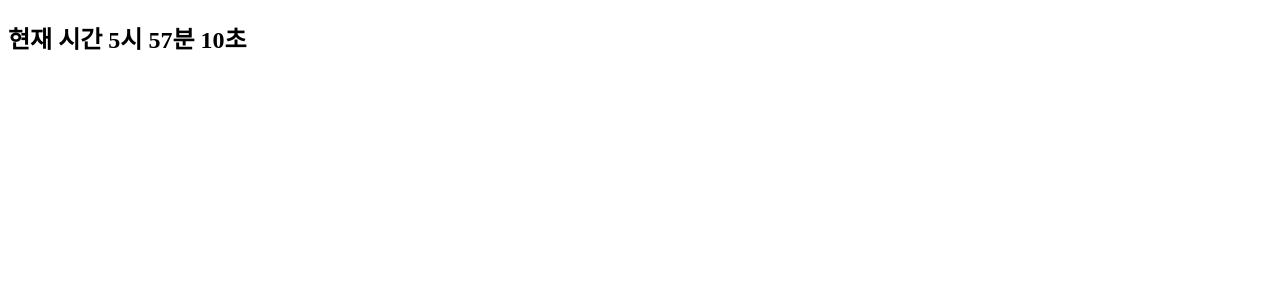
Repository: LTaeHoon/javajsp_ncs
Page: http://localhost/chap01_Jsp_Servlet/jsp/jspTest01.jsp
The author's editor kept a copy of each file at every save. The page is drawn from the files as they stood at one save, then again after the next save.
The browser window is 1280 px wide. The pictures show the whole page.
The page is served by Tomcat 9.

Above is the page before, as saved 2017-01-11 01:13:38.

After the next save:
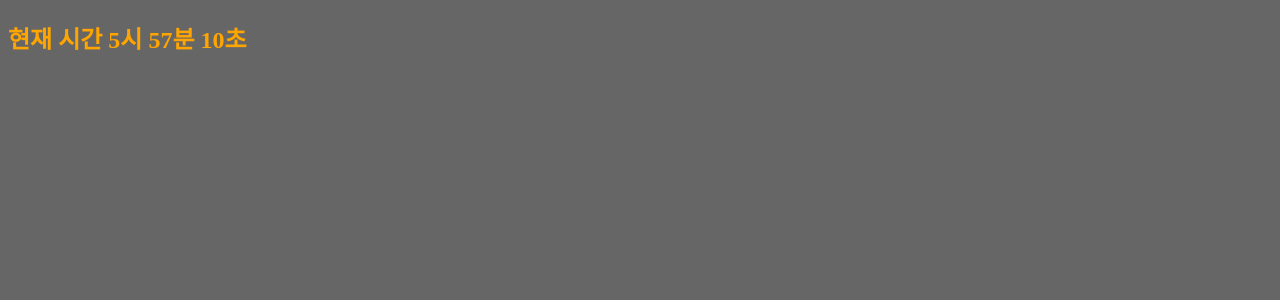
Saved 3 min 10 s later.
--- a/chap01_Jsp_Servlet/WebContent/jsp/jspTest01.jsp
+++ b/chap01_Jsp_Servlet/WebContent/jsp/jspTest01.jsp
@@ -6,6 +6,9 @@
 <head>
 <meta http-equiv="Content-Type" content="text/html; charset=UTF-8">
 <title>Insert title here</title>
+<style type="text/css">
+	body{background-color:#666;color:orange;}
+</style>
   <% //jsp 영역
   	Calendar c = Calendar.getInstance();
     int hour = c.get(Calendar.HOUR_OF_DAY); //시간
